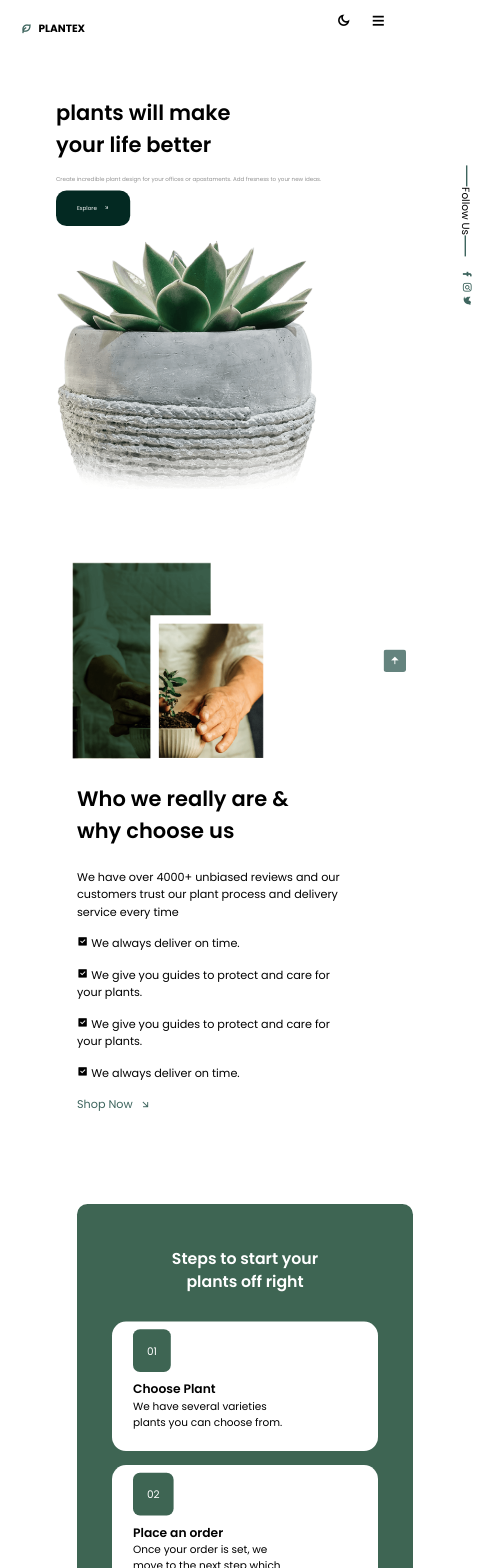
Repository: OmniaRafat232111121/plantwebsite
Page: index.html
These files come from the project's save history. The page is drawn as it stood at one moment and after a run of saves; the edit follows.
The browser window is 600 px wide. The page is 700 px wide, so the pictures cover 700 px, including what lies to the right of the window. The pictures show the part of the page from y = 0 to 2240 px (the page is 7363 px tall before and 7342 px after), at 70% of full size.

Above is the page before, as saved 2023-01-06 02:06:07.

After the next 2 saves:
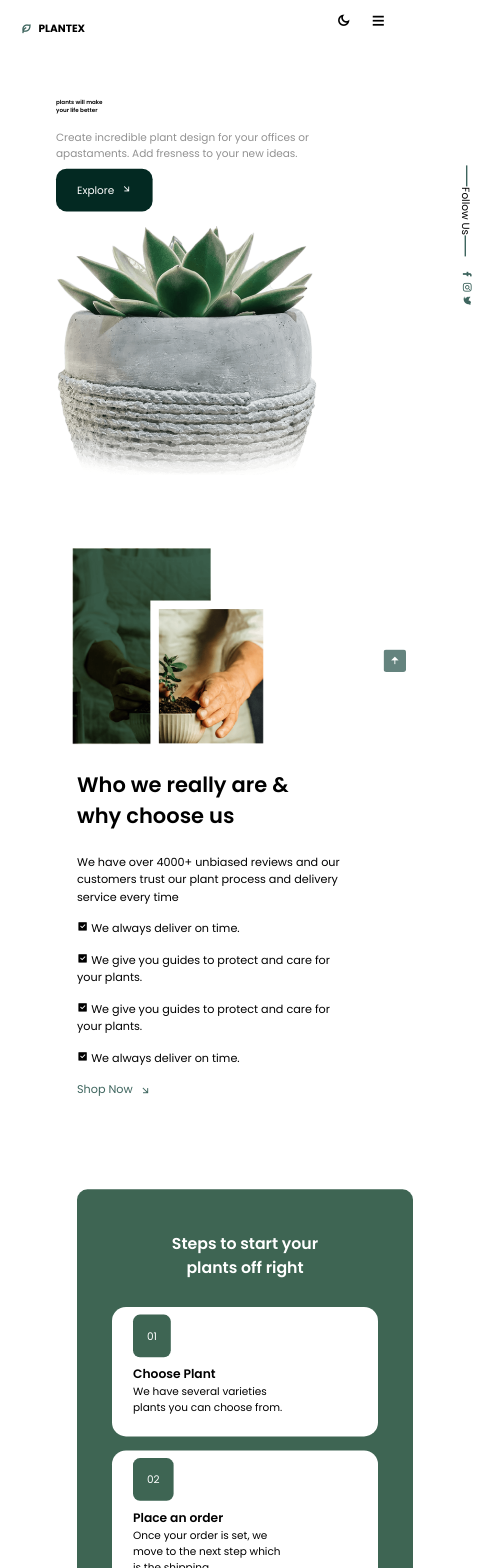
The 2 saves are shown as one change because they came seconds apart.
The last was saved 12 s later.
--- a/assets/css/styles.css
+++ b/assets/css/styles.css
@@ -357,7 +357,7 @@ content: '';
   row-gap: 3.5rem;
 
 }
-.home-container .left-content{
+.home-container .left-content .home-title{
   font-size: 8px;
 
 
